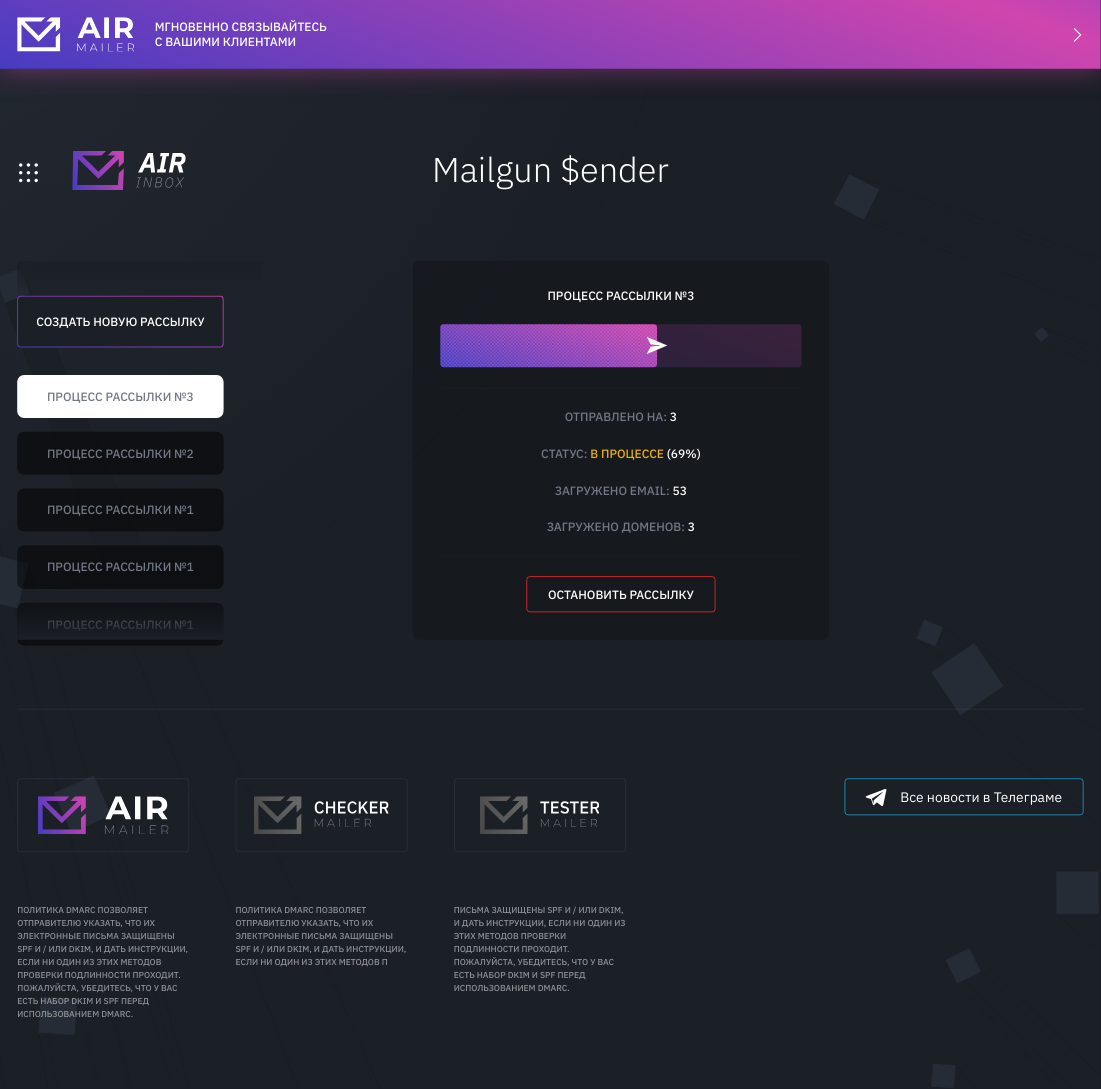
Repository: Hudson8811/air-helper
Page: step_4.html
The author's editor kept a copy of each file at every save. The page is drawn from the files as they stood at one save, then again after the next save.
The browser window is 1280 px wide. The pictures show the whole page, at 86% of full size.

Above is the page before, as saved 2020-06-03 11:00:38.

After the next save:
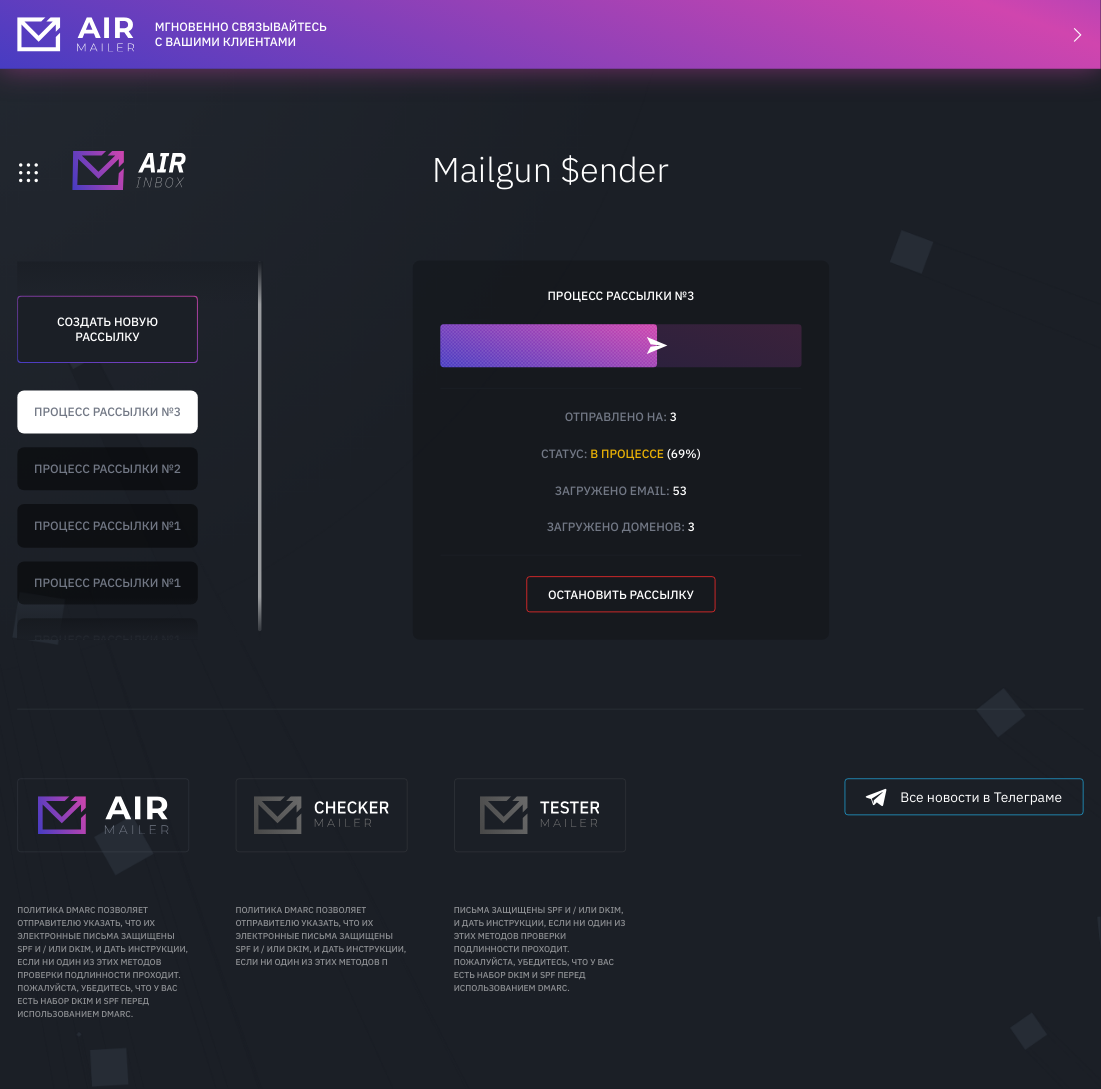
Saved 46 s later.
--- a/js/main.js
+++ b/js/main.js
@@ -30,6 +30,12 @@
         $('.js-picker').datetimepicker();
     }
 
+
+
+
+    if($('.js-mailing__nav-wrap').length>0){
+        $('.js-mailing__nav-wrap').mCustomScrollbar();
+    }
 
 
 
